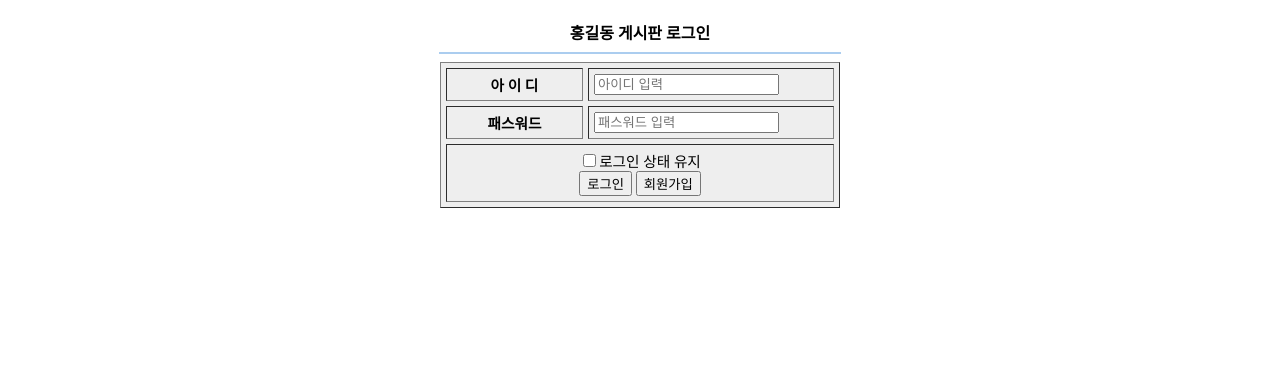
Repository: 1912087/Klavier_Piano
Page: http://localhost/notice/login.jsp
An editor plug-in stored every save of this project. The page is shown before and after the next save, followed by the edit.
The browser window is 1280 px wide. The pictures show the whole page.
Some web libraries are served in a nearby version. The page is served by Tomcat 9.

Above is the page before, as saved 2021-11-08 05:23:22.

After the next save:
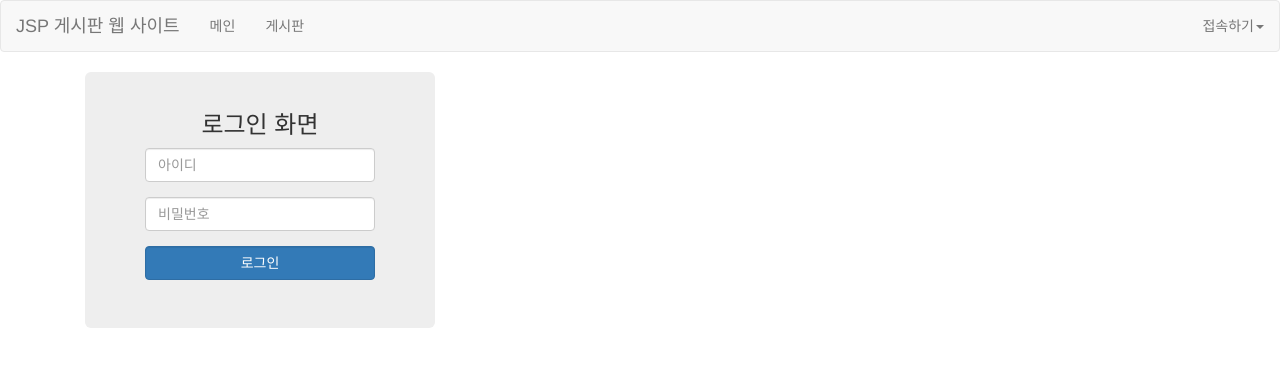
Saved 11 min 43 s later.
--- a/Notice/notice/WebContent/login.jsp
+++ b/Notice/notice/WebContent/login.jsp
@@ -3,57 +3,68 @@
 <!DOCTYPE html>
 <html>
 <head>
-<title>::홍길동 게시판 로그인 페이지입니다.</title>
-<style type="text/css">
-       th, td {font-size:11pt;font-family:굴림;}
-</style>
-<script language="javascript">
-        function logvalid(myform) {
-	             if ( myform.userid.value.length < 2 ) {
-					  alert("아이디를 입력하세요!");
-					  myform.userid.focus();
-					  return false;
-				 }
-				 if ( myform.password.value.length < 4 ) {
-					  alert("패스워드를 4자 이상 입력 하세요!");
-					  myform.password.focus();
-					  return false;
-				 }
-				 return true;
-        }
-        function register() { // 회원 등록 양식 폼으로 이동
-                 window.open("regsform.jsp", "_top");
-        }
-</script>
+<meta charset="UTF-8">
+<!-- 화면 최적화 -->
+<meta name="viewport" content="width-device-width", initial-scale="1">
+<!-- 루트 폴더에 부트스트랩을 참조하는 링크 -->
+<link rel="stylesheet" href="css/bootstrap.css">
+<title>BBS</title>
 </head>
-<body topMargin="20" leftMargin="0">
-<div align="center">
-<div style="font-size:22;font-weight:bold">홍길동 게시판 로그인</div>
-<hr  width="400" size="2" color="#ABCDEF"/>
-<form name="logform" method="POST" action="login.jsp"
-      onSubmit="return logvalid(this);">
-<table width="400" border="1" cellPadding="5" cellSpacing="5" bgColor="#EEEEEE">
-<tr>
-   <th align="center" width="150">아&nbsp;이&nbsp;디</th>
-   <td align="left" width="250">
-       <input type="text" name="userID" size="20" placeholder="아이디 입력">
-   </td>
-</tr>
-<tr>
-   <th align="center" width="150">패스워드</th>
-   <td align="left" width="250">
-       <input type="password" name="userPassword" size="20" placeholder="패스워드 입력">
-   </td>
-</tr>
-<tr>
-   <td align="center" colspan="2" width="400">
-       <input type="checkbox" name="loginChk" value="true">로그인 상태 유지<br/>
-       <input type="submit" Name="action"  Value="로그인">
-       <input type="button" onClick="Javascript:register()" Value="회원가입">
-  </td>
-</tr>
-</table>
-</form>
-</div>
+<body>
+	<nav class="navbar navbar-default"> <!-- 네비게이션 -->
+		<div class="navbar-header"> 	<!-- 네비게이션 상단 부분 -->
+			<!-- 네비게이션 상단 박스 영역 -->
+			<button type="button" class="navbar-toggle collapsed"
+				data-toggle="collapse" data-target="#bs-example-navbar-collapse-1"
+				aria-expanded="false">
+				<!-- 이 삼줄 버튼은 화면이 좁아지면 우측에 나타난다 -->
+				<span class="icon-bar"></span>
+				<span class="icon-bar"></span>
+				<span class="icon-bar"></span>
+			</button>
+			<!-- 상단 바에 제목이 나타나고 클릭하면 main 페이지로 이동한다 -->
+			<a class="navbar-brand" href="main.jsp">JSP 게시판 웹 사이트</a>
+		</div>
+		<!-- 게시판 제목 이름 옆에 나타나는 메뉴 영역 -->
+		<div class="collapse navbar-collapse" id="bs-example-navbar-collapse-1">
+			<ul class="nav navbar-nav">
+				<li><a href="main.jsp">메인</a></li>
+				<li><a href="bbs.jsp">게시판</a></li>
+			</ul>
+			<!-- 헤더 우측에 나타나는 드랍다운 영역 -->
+			<ul class="nav navbar-nav navbar-right">
+				<li class="dropdown">
+					<a href="#" class="dropdown-toggle"
+						data-toggle="dropdown" role="button" aria-haspopup="true"
+						aria-expanded="false">접속하기<span class="caret"></span></a>
+					<!-- 드랍다운 아이템 영역 -->
+					<ul class="dropdown-menu">
+						<li class="active"><a href="login.jsp">로그인</a></li>
+						<li><a href="join.jsp">회원가입</a></li>
+					</ul>
+				</li>
+			</ul>
+		</div>
+	</nav>
+	<!-- 로그인 양식 -->
+	<div class="container">		<!-- 하나의 영역 생성 -->
+		<div class="col-lg-4">	<!-- 영역 크기 -->
+			<!-- 점보트론은 특정 컨텐츠, 정보를 두드러지게 하기 위한 큰 박스 -->
+			<div class="jumbotron" style="padding-top: 20px;">
+				<form method="post" action="loginAction.jsp">
+					<h3 style="text-align: center;">로그인 화면</h3>
+					<div class="form-group">
+						<input type="text" class="form-control" placeholder="아이디" name="userID" maxlength="20">
+					</div>
+					<div class="form-group">
+						<input type="password" class="form-control" placeholder="비밀번호" name="userPassword" maxlength="20">
+					</div>
+					<input type="submit" class="btn btn-primary form-control" value="로그인">
+				</form>
+			</div>
+		</div>
+	</div>
+	<!-- 부트스트랩 참조 영역 -->
+	<script src="https://code.jquery.com/jquery-3.1.1.min.js"></script>
+	<script src="js/bootstrap.js"></script>
 </body>
-</html>
